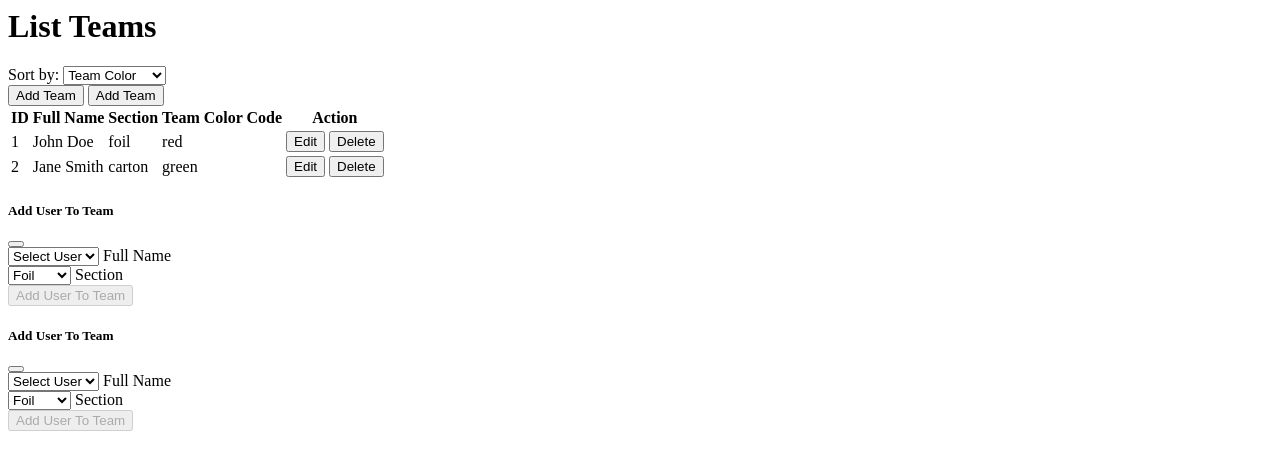
Repository: Daigtas/Shiftman
Page: partials/list-teams.html
An editor plug-in stored every save of this project. The page is shown before and after the next save, followed by the edit.
The browser window is 1280 px wide. The pictures show the whole page.

Above is the page before, as saved 2025-02-04 12:32:59.

### partials/list-teams.html
<h1 data-translate-key="listteamstitle">List Teams</h1>
<div class="container-fluid mt-4">
    <div class="btn-toolbar mb-3" role="toolbar" aria-label="Toolbar with button groups">
        <div class="input-group">
            <label class="input-group-text" for="sortSelect" data-translate-key="sortby">Sort by:</label>
            <select class="form-select" id="sortSelect">
                <option value="teamcolor" data-translate-key="sortbyteamcolor">Team Color</option>
                <option value="teamsection" data-translate-key="sortbyteamsection">Team Section</option>
                <option value="fullname" data-translate-key="sortbyfullname">fullname</option>
            </select>
        </div>
        <button type="button" class="btn btn-primary ml-3" data-bs-toggle="modal" data-bs-target="#addusertoTeamModal" data-translate-key="addusertoteam">Add  Team</button>
        <button type="button" class="btn btn-primary ml-3" data-bs-toggle="modal" data-bs-target="#addTeamModal" data-translate-key="addusertoteam">Add Team</button>

    </div>
    <div class="table-responsive">
        <table class="table table-bordered table-striped" id="usersTable">
            <thead class="thead-dark">
                <tr>
                    <th scope="col" data-translate-key="id">ID</th>
                    <th scope="col" data-translate-key="fullname">Full Name</th>
                    <th scope="col" data-translate-key="section">Section</th>
                    <th scope="col" data-translate-key="teamcolorcode">Team Color Code</th>
                    <th scope="col" data-translate-key="action">Action</th>
                </tr>
            </thead>
            <tbody>
                <!-- Example data, replace with dynamic data -->
                <tr>
                    <td>1</td>
                    <td>John Doe</td>
                    <td>foil</td>
                    <td>red</td>
                    <td>
                        <button class="btn btn-warning btn-sm" data-translate-key="edit">Edit</button>
                        <button class="btn btn-danger btn-sm" data-translate-key="delete">Delete</button>
                    </td>
                </tr>
                <tr>
                    <td>2</td>
                    <td>Jane Smith</td>
                    <td>carton</td>
                    <td>green</td>
                    <td>
                        <button class="btn btn-warning btn-sm" data-translate-key="edit">Edit</button>
                        <button class="btn btn-danger btn-sm" data-translate-key="delete">Delete</button>
                    </td>
                </tr>
                <!-- Add more rows as needed -->
            </tbody>
        </table>
    </div>
</div>

<!-- Add User to Team Modal -->
<div class="modal fade" id="addusertoTeamModal" tabindex="-1" aria-labelledby="addUserModalLabel" aria-hidden="true">
    <div class="modal-dialog">
        <div class="modal-content">
            <div class="modal-header">
                <h5 class="modal-title" id="addUserToTeamModalLabel" data-translate-key="addusertoteam">Add User To Team</h5>
                <button type="button" class="btn-close" data-bs-dismiss="modal" aria-label="Close"></button>
            </div>
            <div class="modal-body">
                <form id="addUserForm">
                    <div class="form-floating mb-3">
                        <select class="form-select" id="userFullName" required>
                            <option value="" disabled selected data-translate-key="selectuser">Select User</option>
                            <option value="john_doe" data-translate-key="johndoe">John Doe</option>
                            <option value="jane_smith" data-translate-key="janesmith">Jane Smith</option>
                            <!-- Add more options as needed -->
                        </select>
                        <label for="userFullName" data-translate-key="fullname">Full Name</label>
                    </div>
                    <div class="form-floating mb-3">
                        <select class="form-select" id="section" required>
                            <option value="foil" data-translate-key="foil">Foil</option>
                            <option value="carton" data-translate-key="carton">Carton</option>
                        </select>
                        <label for="section" data-translate-key="section">Section</label>
                    </div>
                    <button type="submit" class="btn btn-primary" id="addUserSubmit" disabled data-translate-key="addusertoteam">Add User To Team</button>
                </form>
            </div>
        </div>
    </div>
</div>
<!-- Add User to Team Modal -->
<div class="modal fade" id="addTeamModal" tabindex="-1" aria-labelledby="addTeamModalLabel" aria-hidden="true">
    <div class="modal-dialog">
        <div class="modal-content">
            <div class="modal-header">
                <h5 class="modal-title" id="addTeamModalLabel" data-translate-key="addteam">Add User To Team</h5>
                <button type="button" class="btn-close" data-bs-dismiss="modal" aria-label="Close"></button>
            </div>
            <div class="modal-body">
                <form id="addUserForm">
                    <div class="form-floating mb-3">
                        <select class="form-select" id="userFullName" required>
                            <option value="" disabled selected data-translate-key="selectuser">Select User</option>
                            <option value="john_doe" data-translate-key="johndoe">John Doe</option>
                            <option value="jane_smith" data-translate-key="janesmith">Jane Smith</option>
                            <!-- Add more options as needed -->
                        </select>
                        <label for="userFullName" data-translate-key="fullname">Full Name</label>
                    </div>
                    <div class="form-floating mb-3">
                        <select class="form-select" id="section" required>
                            <option value="foil" data-translate-key="foil">Foil</option>
                            <option value="carton" data-translate-key="carton">Carton</option>
                        </select>
                        <label for="section" data-translate-key="section">Section</label>
                    </div>
                    <button type="submit" class="btn btn-primary" id="addUserSubmit" disabled data-translate-key="addusertoteam">Add User To Team</button>
                </form>
            </div>
        </div>
    </div>
</div>

<link rel="stylesheet" href="css/register-user.css">

### css/register-user.css
/* jQuery UI styling */
.ui-state-hover {
    background-color: #e2e6ea !important;
}

.ui-state-active {
    background-color: #d6d8db !important;
}

/* Modal styling */
#addUserModal {
    display: none;
    z-index: 1050; /* Ensure the modal is on the top layer */
}

After the next save:
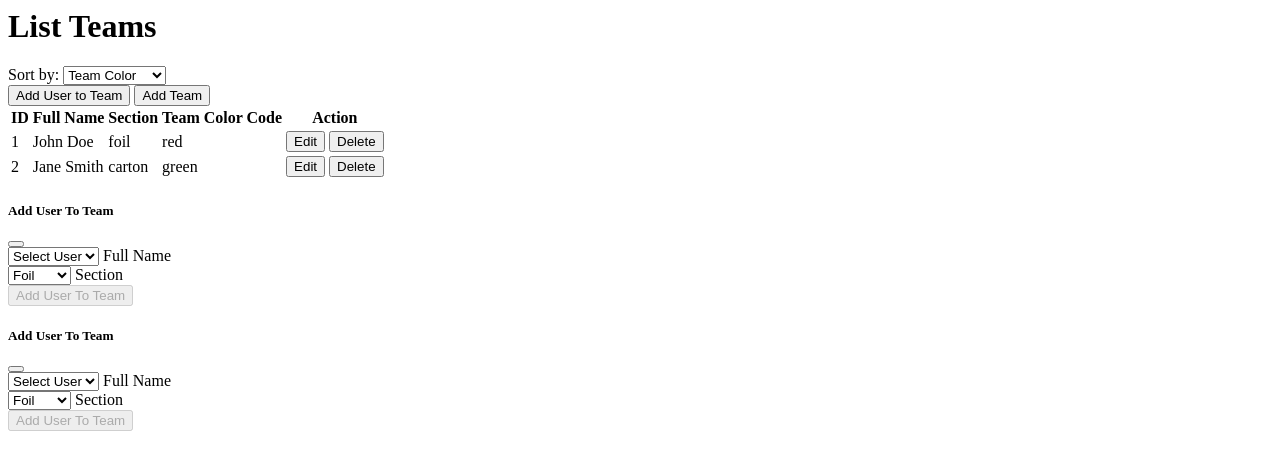
Saved 4 s later.
--- a/partials/list-teams.html
+++ b/partials/list-teams.html
@@ -9,7 +9,7 @@
                 <option value="fullname" data-translate-key="sortbyfullname">fullname</option>
             </select>
         </div>
-        <button type="button" class="btn btn-primary ml-3" data-bs-toggle="modal" data-bs-target="#addusertoTeamModal" data-translate-key="addusertoteam">Add  Team</button>
+        <button type="button" class="btn btn-primary ml-3" data-bs-toggle="modal" data-bs-target="#addusertoTeamModal" data-translate-key="addusertoteam">Add User to Team</button>
         <button type="button" class="btn btn-primary ml-3" data-bs-toggle="modal" data-bs-target="#addTeamModal" data-translate-key="addusertoteam">Add Team</button>
 
     </div>
